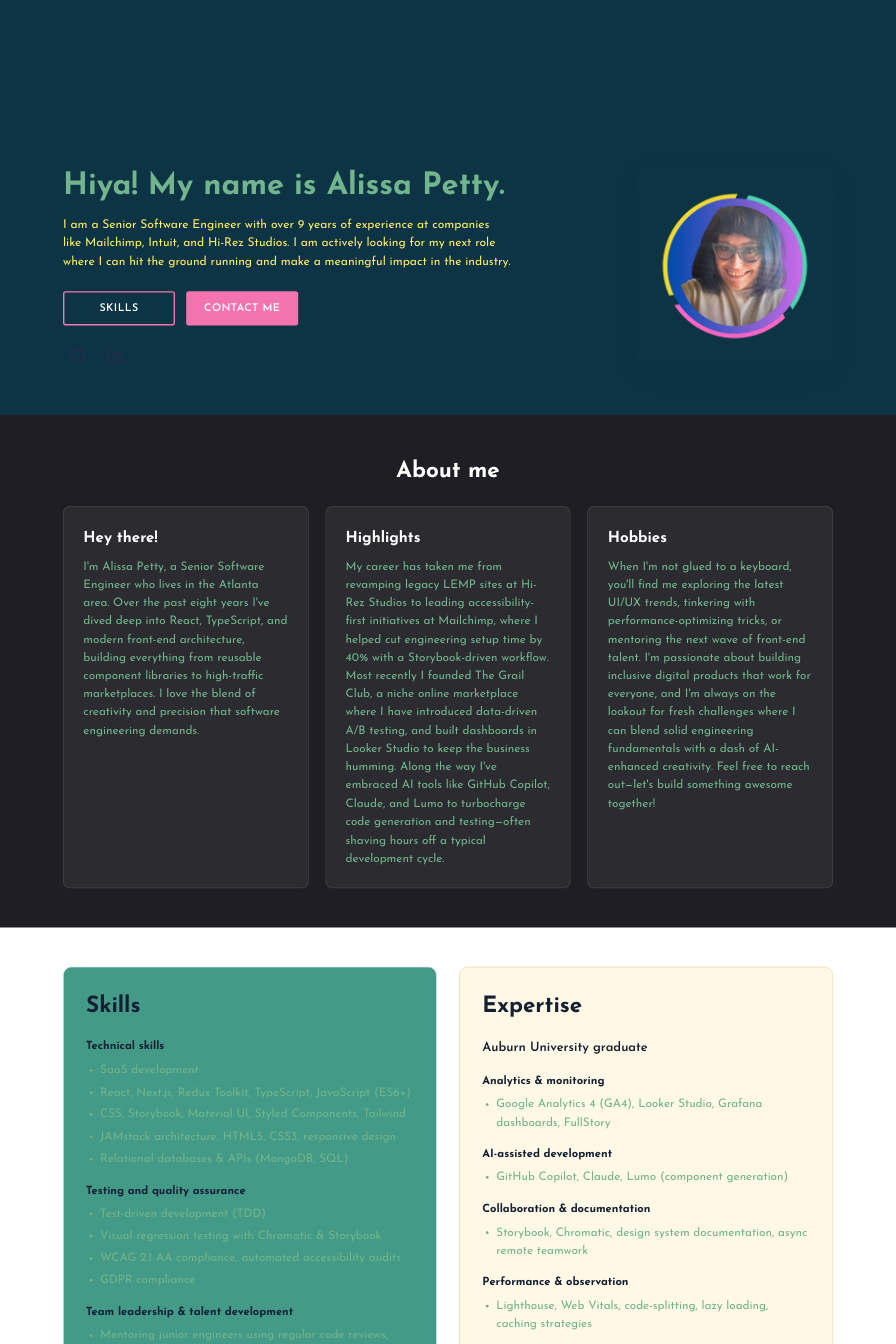
Repository: AlissaSPetty/alissa-petty-com
Page: /
The author's editor kept a copy of each file at every save. The page is drawn from the files as they stood at one save, then again after the next save.
The browser window is 1280 px wide. The pictures show the part of the page from y = 0 to 1920 px (the page is 4285 px tall), at 70% of full size.
The project was rebuilt for these pictures with package versions that can differ from the ones it lists, and the page was loaded fresh each time. Also part of the build but not shown: vite.config.ts, src/legal.css, src/pages/LegalPage.tsx.

Above is the page before, as saved 2026-05-03 18:04:22.

After the next save:
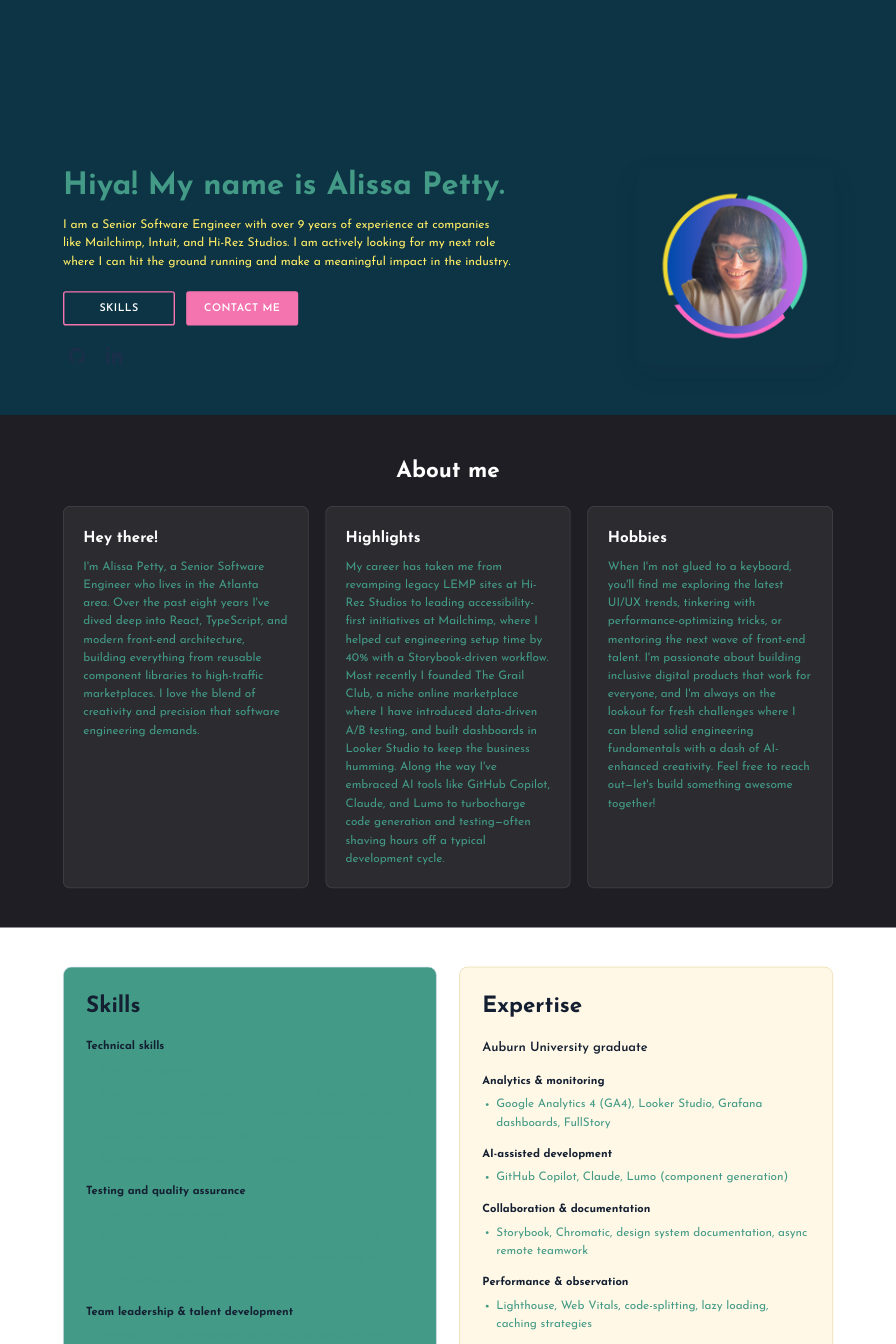
Saved 4 s later.
--- a/src/index.css
+++ b/src/index.css
@@ -14,7 +14,7 @@
   --yellow: #ffed66;
   --heading: #142032;
   --text: #3d4a5c;
-  --text-on-dark: #71b48d;
+  --text-on-dark: #439a86;
   --link: #71b48d;
   --border: #d5deeb;
   --shadow: 0 12px 40px rgba(20, 36, 58, 0.08);

After the save that followed:
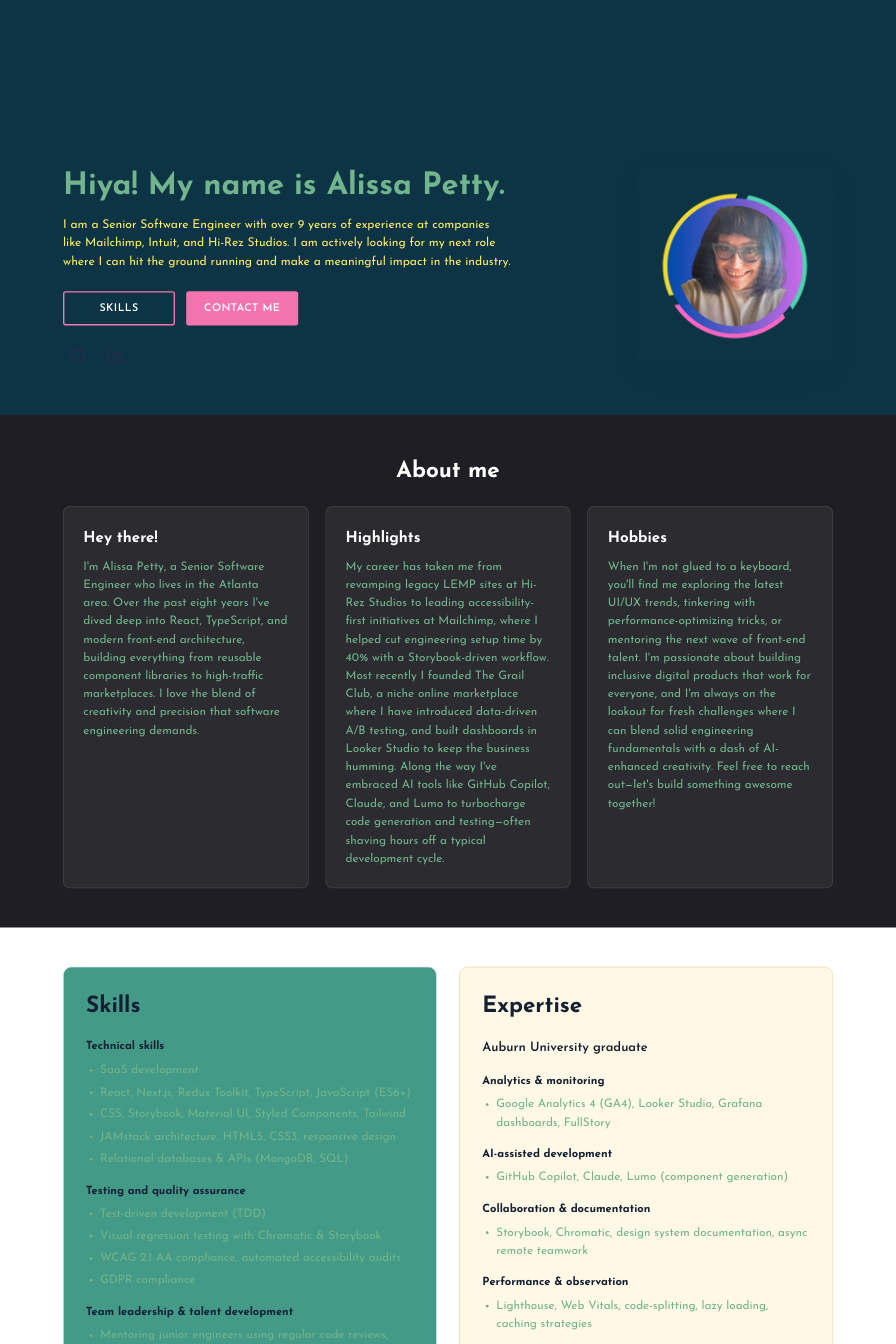
Saved 11 s later.
--- a/src/index.css
+++ b/src/index.css
@@ -14,7 +14,7 @@
   --yellow: #ffed66;
   --heading: #142032;
   --text: #3d4a5c;
-  --text-on-dark: #439a86;
+  --text-on-dark: #71b48d;
   --link: #71b48d;
   --border: #d5deeb;
   --shadow: 0 12px 40px rgba(20, 36, 58, 0.08);
